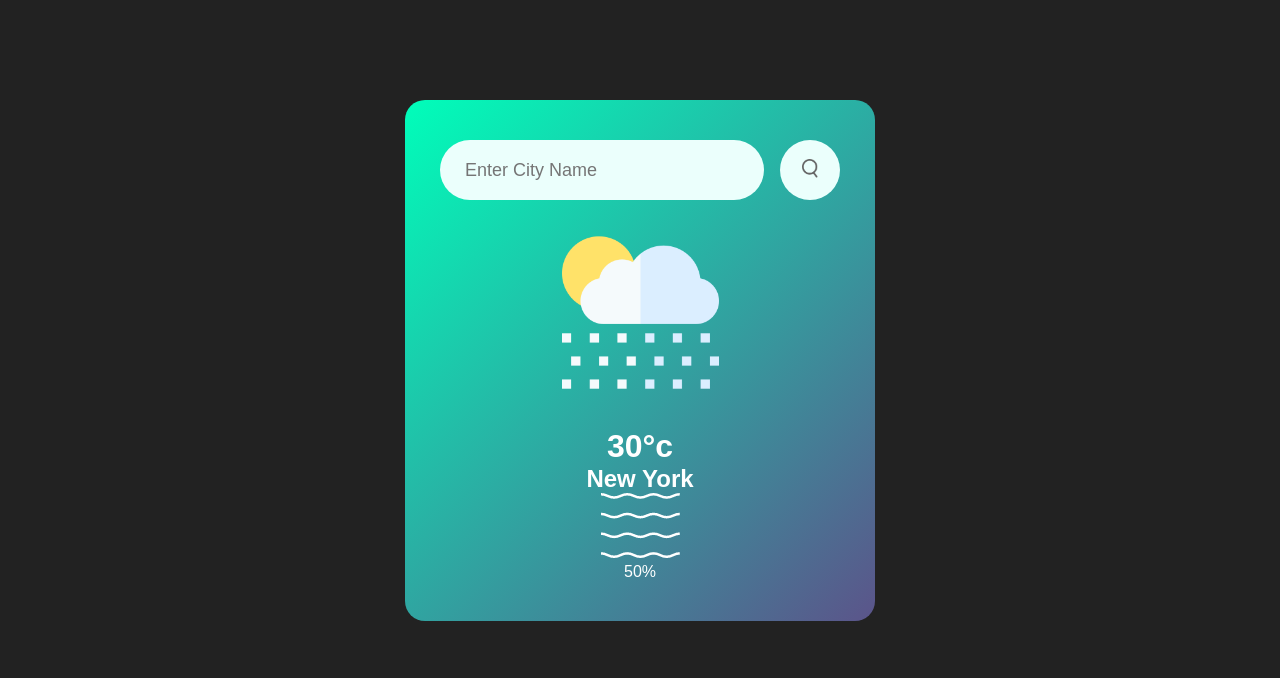
Repository: dubeprince/WeatherApp-Project
Page: WeatherApp/index.html
An editor plug-in stored every save of this project. The page is shown before and after the next save, followed by the edit.
The browser window is 1280 px wide. The pictures show the whole page.

Above is the page before, as saved 2023-05-26 11:07:25.

After the next save:
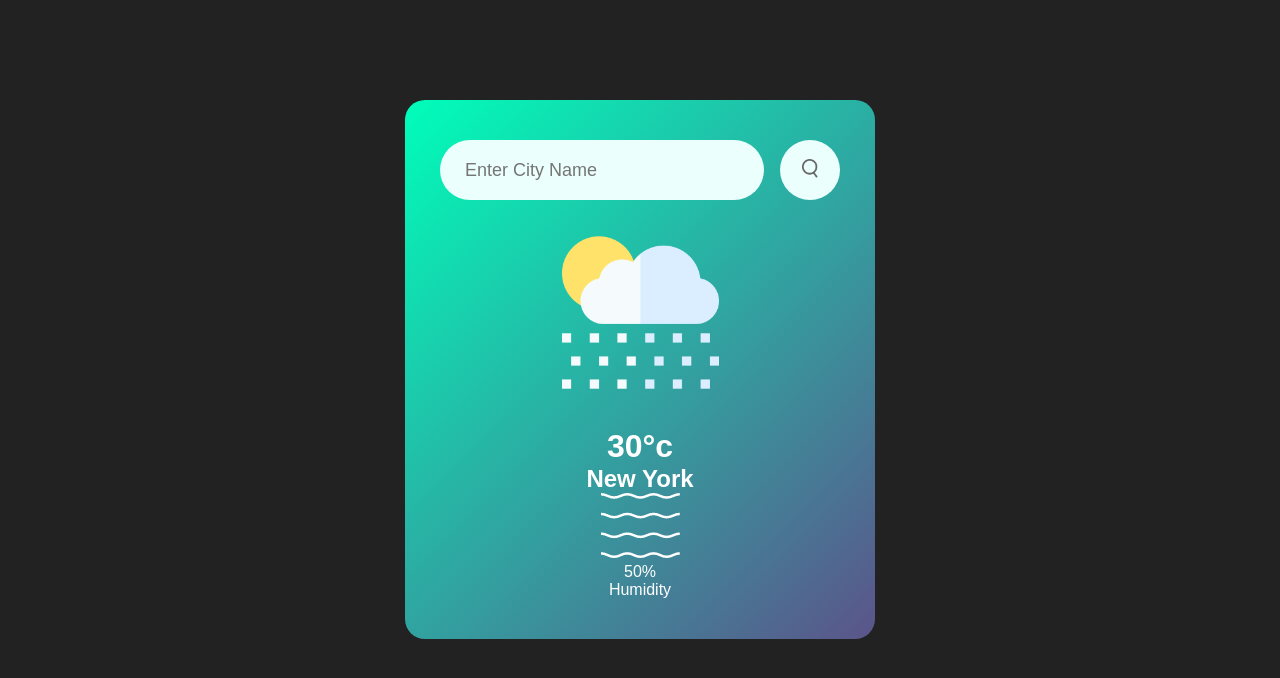
Saved 43 s later.
--- a/WeatherApp/index.html
+++ b/WeatherApp/index.html
@@ -23,6 +23,7 @@
                     <img src="images/humidity.png" >
                     <div>
                         <p class="humidity">50%</p>
+                        <p>Humidity</p>
                     </div>
                 </div>
             </div>
